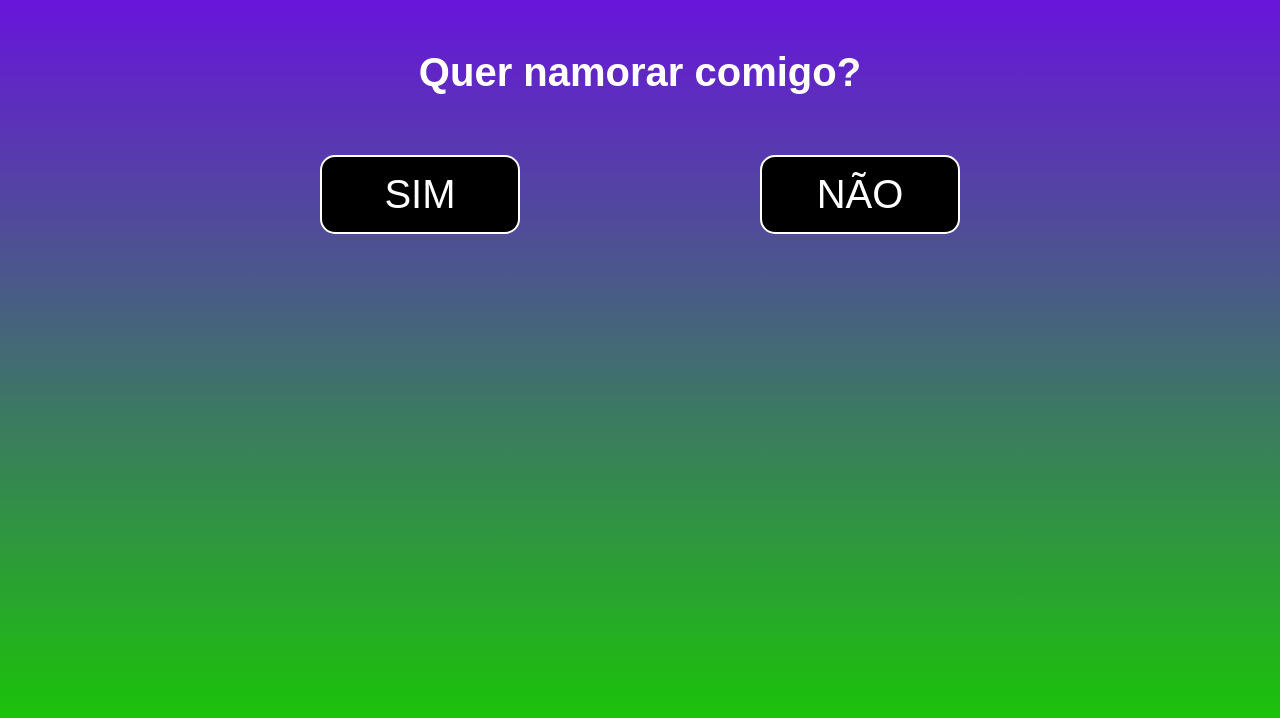
Repository: Matheus904-12/Namorar-
Page: index.html
An editor plug-in stored every save of this project. The page is shown before and after the next save, followed by the edit.
The browser window is 1280 px wide. The pictures show the whole page.

Above is the page before, as saved 2023-08-28 23:33:14.

After the next save:
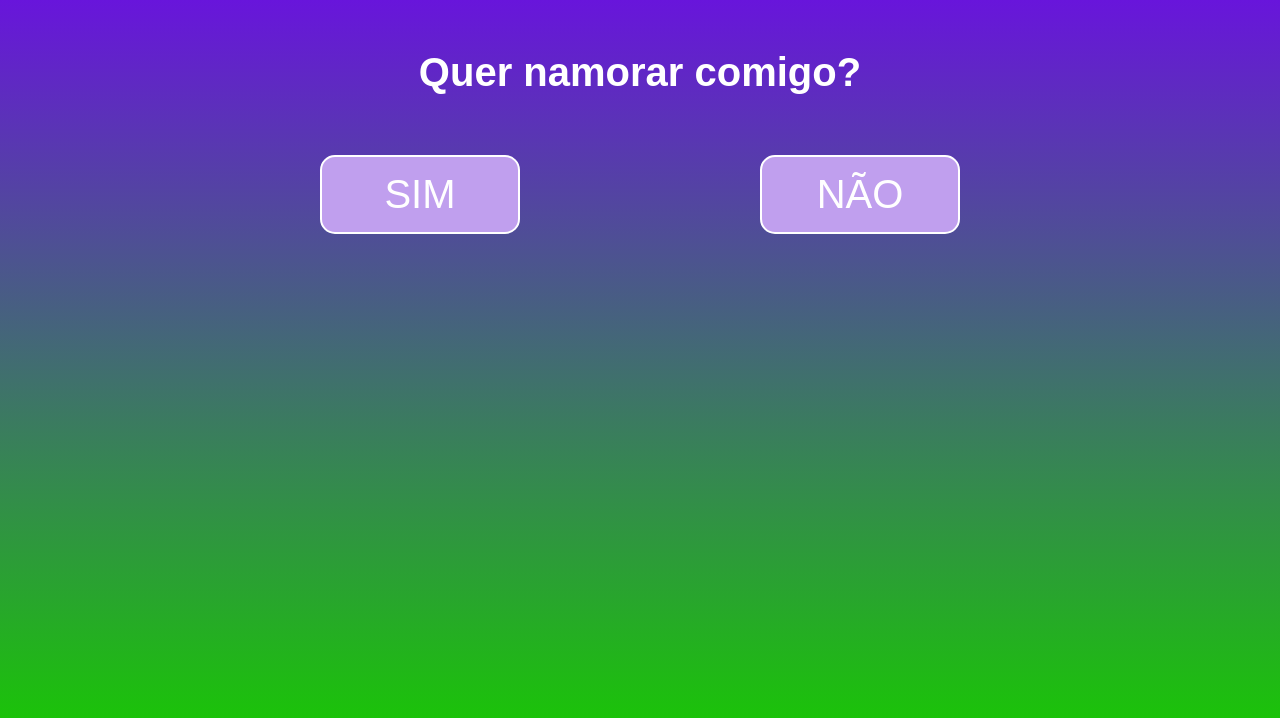
Saved 70 s later.
--- a/index.html
+++ b/index.html
@@ -22,7 +22,7 @@
 
         .btn {
             color: #fff;
-            background-color: #000;
+            background-color: #c09fee;
             font: 300 40px 'Poppins', sans-serif;
             padding: 15px 30px;
 
